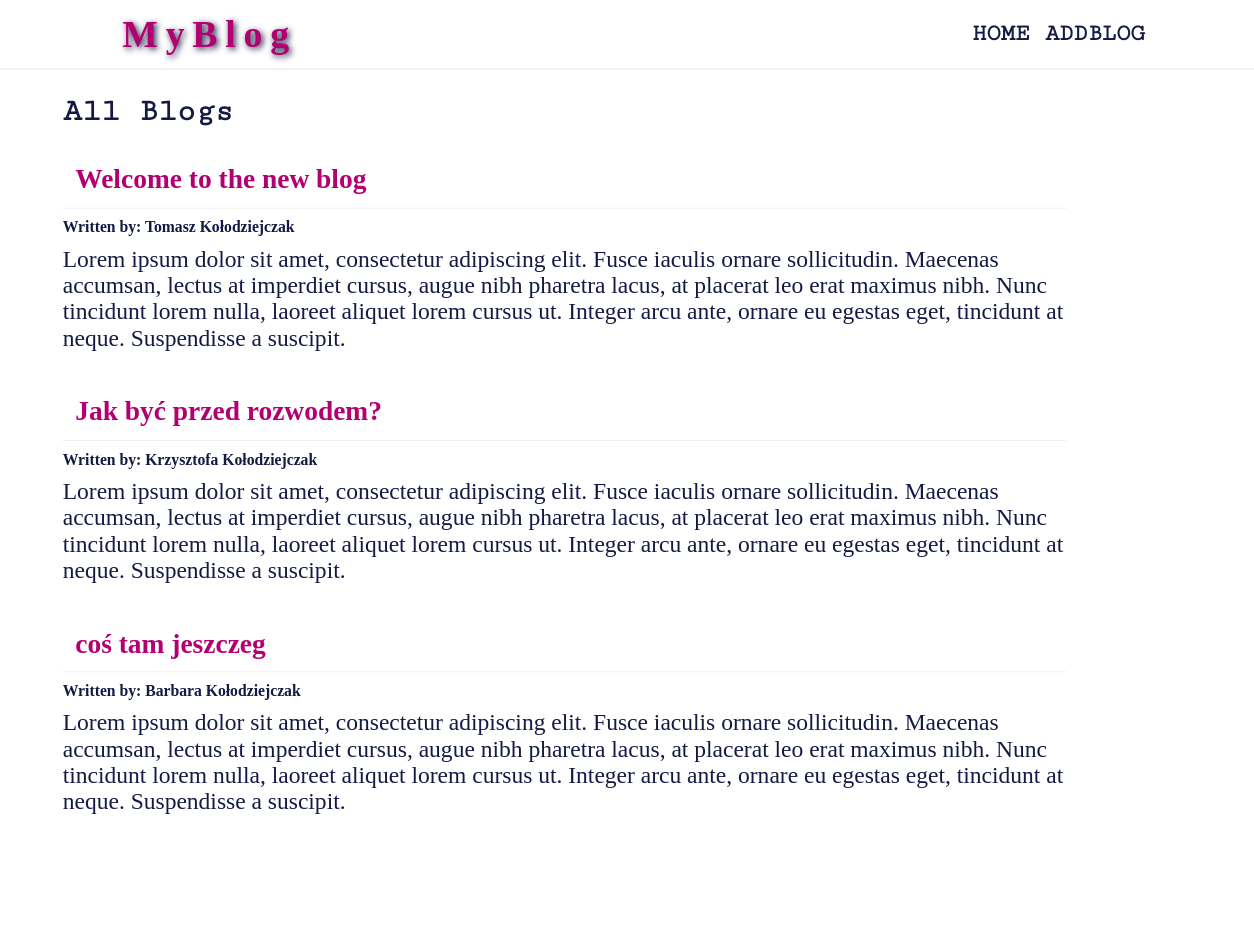
Repository: KrzysKolo/myBlog
Page: /
These files come from the project's save history. The page is drawn as it stood at one moment and after the next save; the edit follows.
The browser window is 1280 px wide. The pictures show the whole page, at 98% of full size.
Some web fonts or font styles are not loaded; a fallback is used. The project was rebuilt for these pictures with package versions that can differ from the ones it lists, and the page was loaded fresh each time. Requests to the local data server were answered from the project's data file. Also part of the build but not shown: src/pages/Blog/Blog.css, src/pages/Blog/Blog.js, src/pages/BlogNote/BlogNote.css, src/pages/BlogNote/BlogNote.js.

Above is the page before, as saved 2021-04-27 12:09:00.

After the next save:
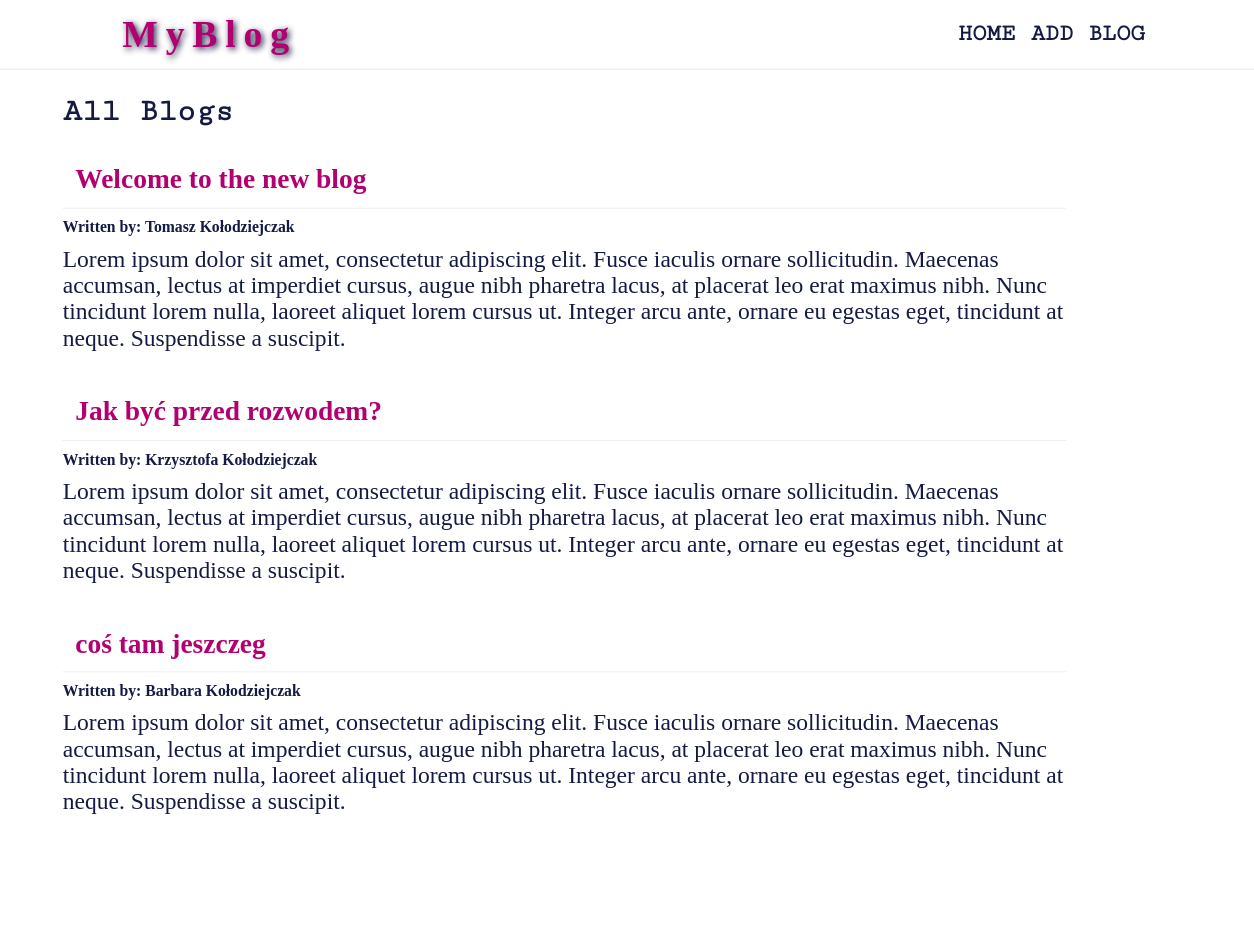
Saved 4 s later.
--- a/src/components/Navigation/dataMenu.js
+++ b/src/components/Navigation/dataMenu.js
@@ -1,6 +1,6 @@
 const dataMenu=[
     { name: 'Home', path: "/", exact: true },
-    { name: 'AddBlog', path: "/blog"},
+    { name: 'Add Blog', path: "/blog"},
 /*     { name: 'NoteBlog', path: "/contact"},
     { name: 'Posts', path: "/posts" }, */
 ];
